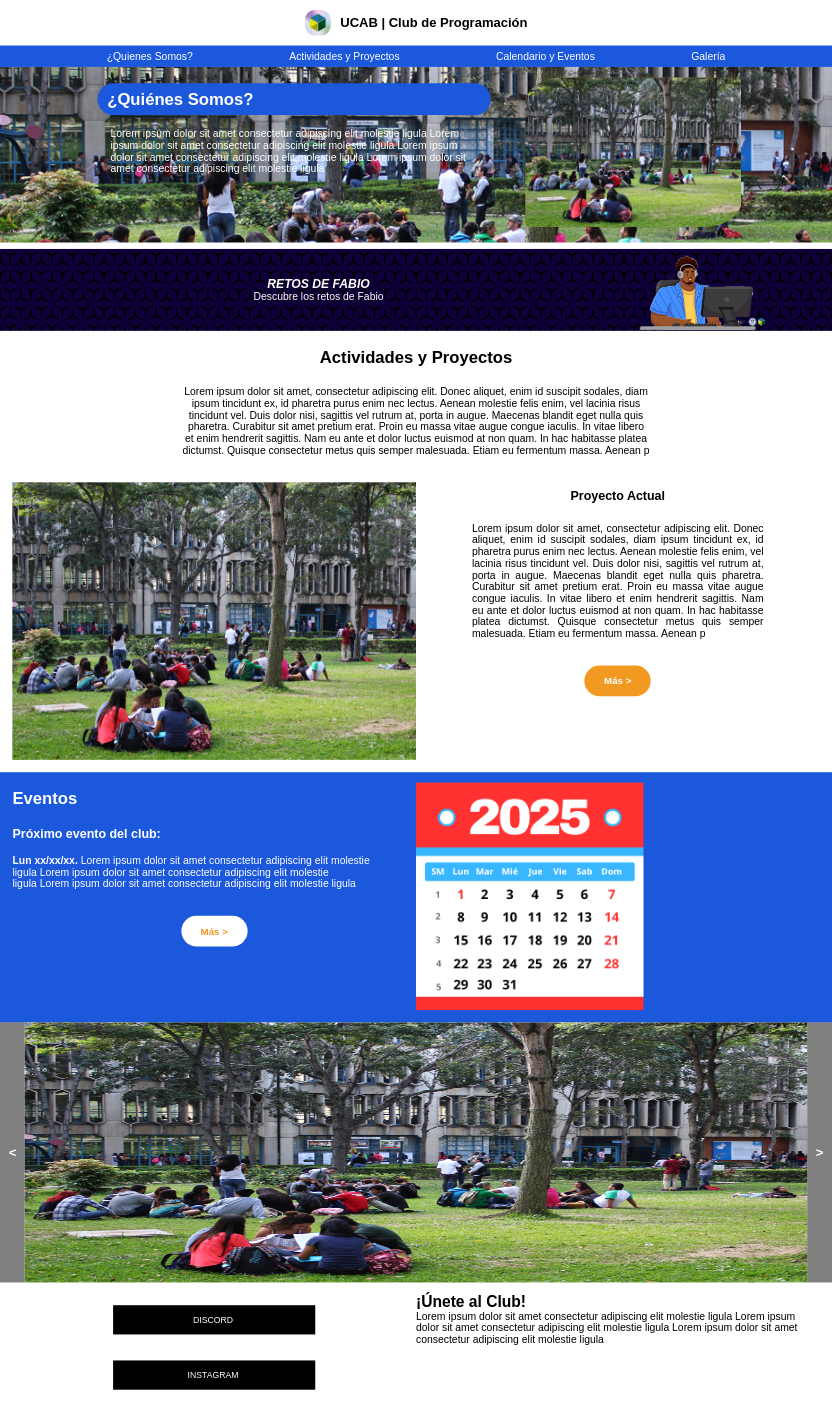
Repository: LuisR404/LandingPage
Page: Pages/QuienesSomos.html
The author's editor kept a copy of each file at every save. The page is drawn from the files as they stood at one save, then again after a run of saves.
The browser window is 1280 px wide. The pictures show the whole page, at 65% of full size.

Above is the page before, as saved 2025-11-19 10:33:04.

After the next 3 saves:
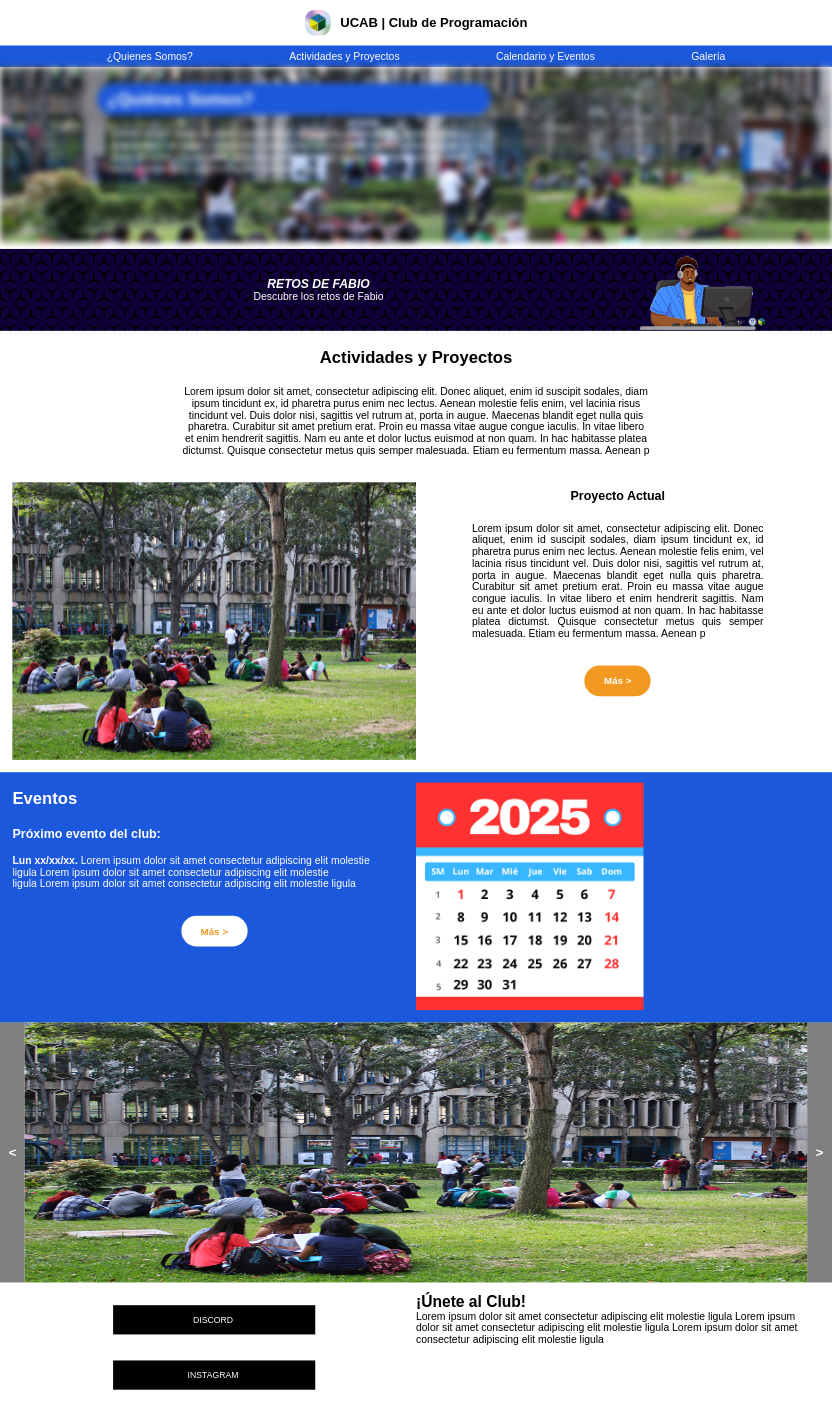
The 3 saves are shown as one change because they came seconds apart.
The last was saved 40 s later.
--- a/Styles/QuienesSomos.css
+++ b/Styles/QuienesSomos.css
@@ -7,7 +7,8 @@
     width: 100%;
 
     background-image: url(../resources//test_img.jpg);
-    backdrop-filter: blur(5px);
+    filter: blur(5px);
+    z-index: -1;
     background-position: center;
     background-size: 100%;
     background-color: grey;
